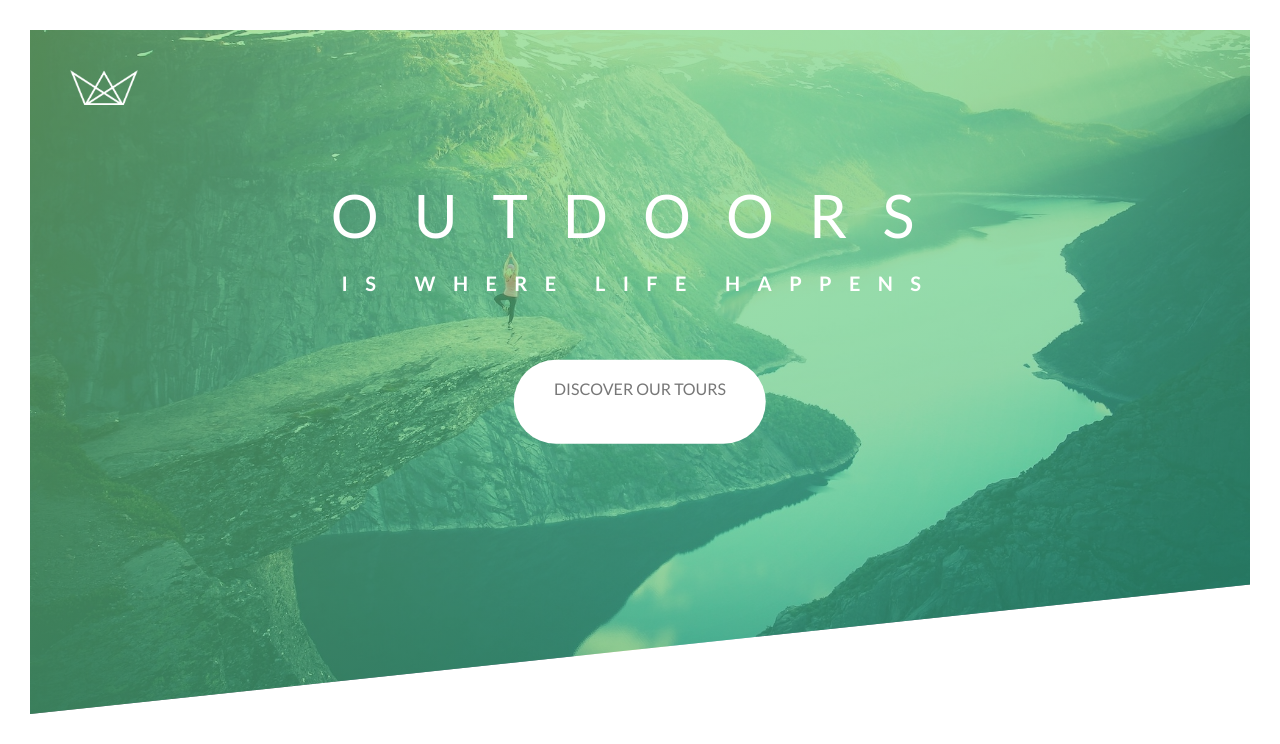
Repository: mukiSabljakovic/NatoursV1
Page: index.html
The author's editor kept a copy of each file at every save. The page is drawn from the files as they stood at one save, then again after the next save.
The browser window is 1280 px wide. The pictures show the whole page.
Some web libraries are served in a nearby version.

Above is the page before, as saved 2020-05-11 16:20:45.

After the next save:
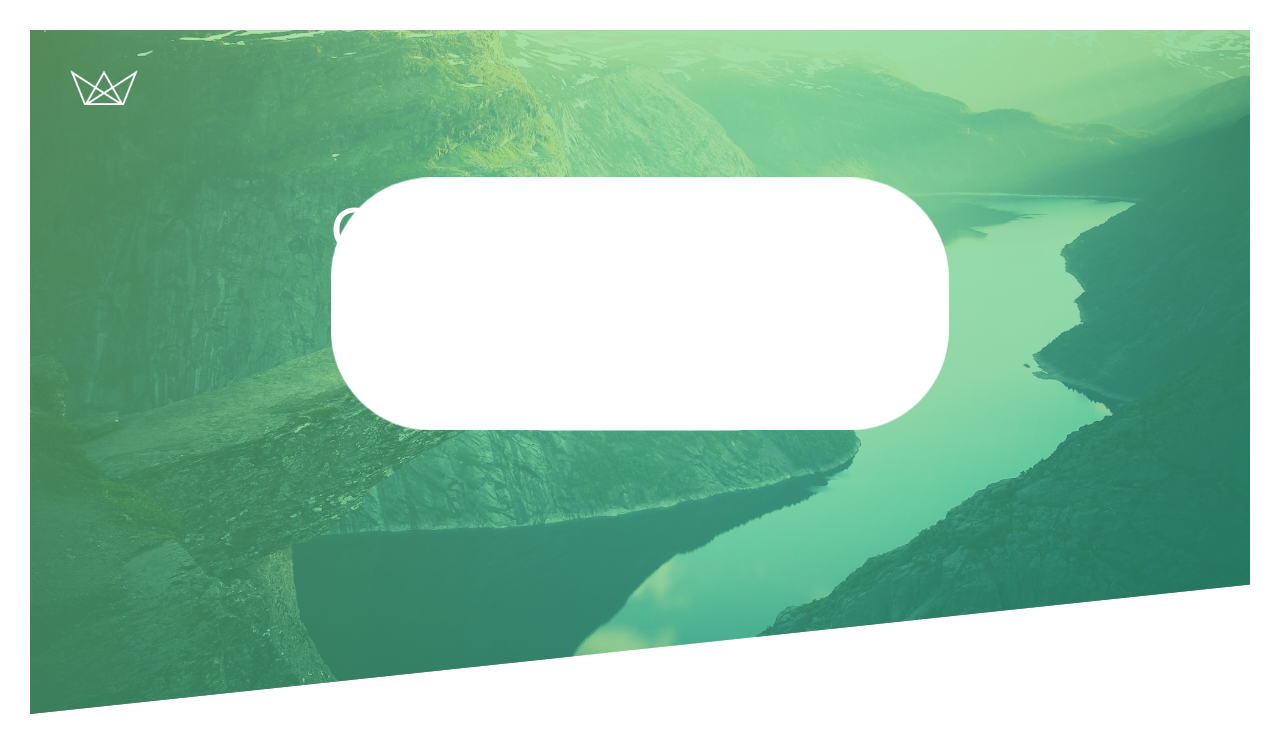
Saved 21 s later.
--- a/css/style.css
+++ b/css/style.css
@@ -151,6 +151,9 @@ body {
     height: 100%;
     width: 100%;
     border-radius: 100px;
+    position: absolute;
+    top: 0;
+    left: 0;
 }
 
 .btn-white::after {
